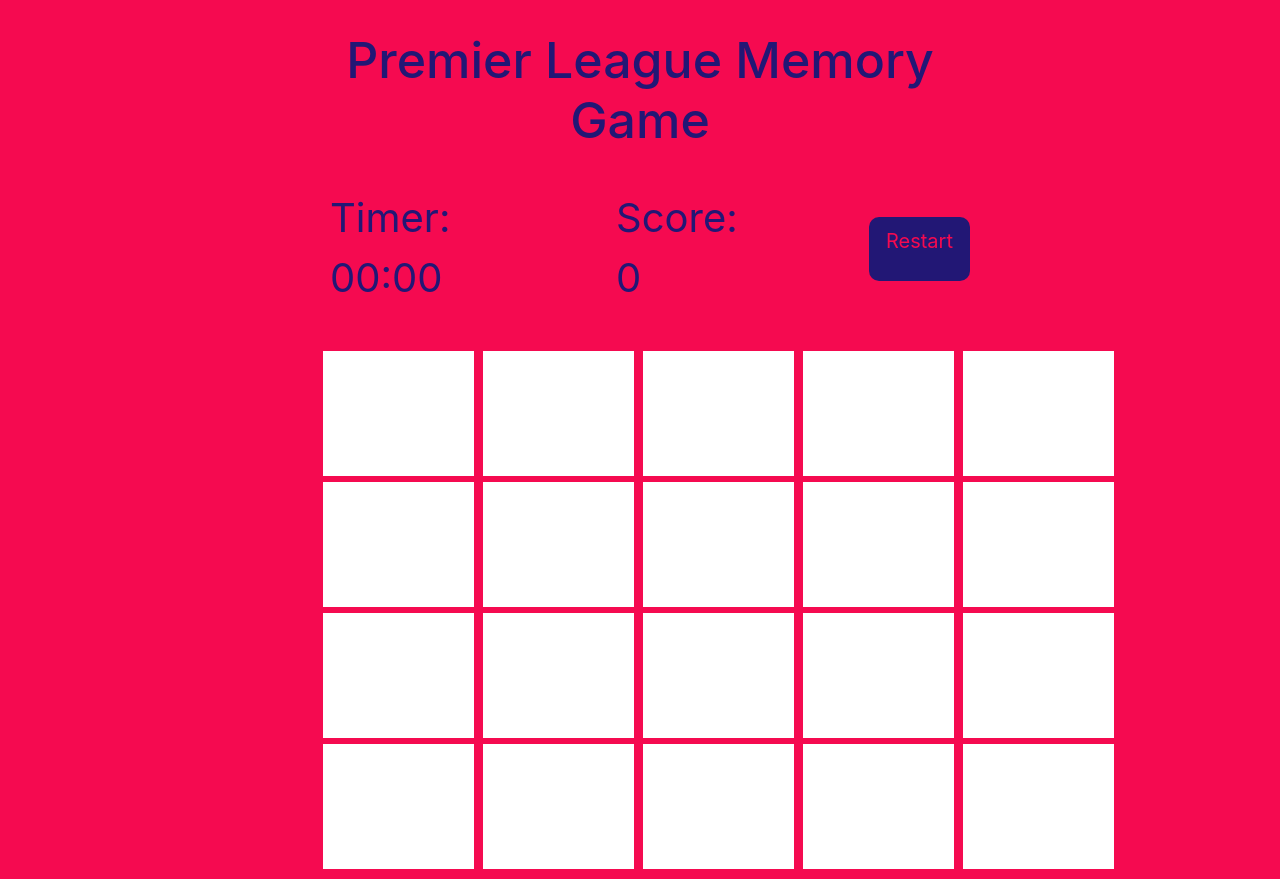
Repository: IchaTreasure/Premier-League-Memory-Game-
Page: index1.html
The author's editor kept a record of every edit. The page is drawn from the files as they stood at one moment, then again after the next edit.
The browser window is 1280 px wide. The pictures show the whole page.
Some web libraries are served in a nearby version.

Above is the page before.

After the next edit:
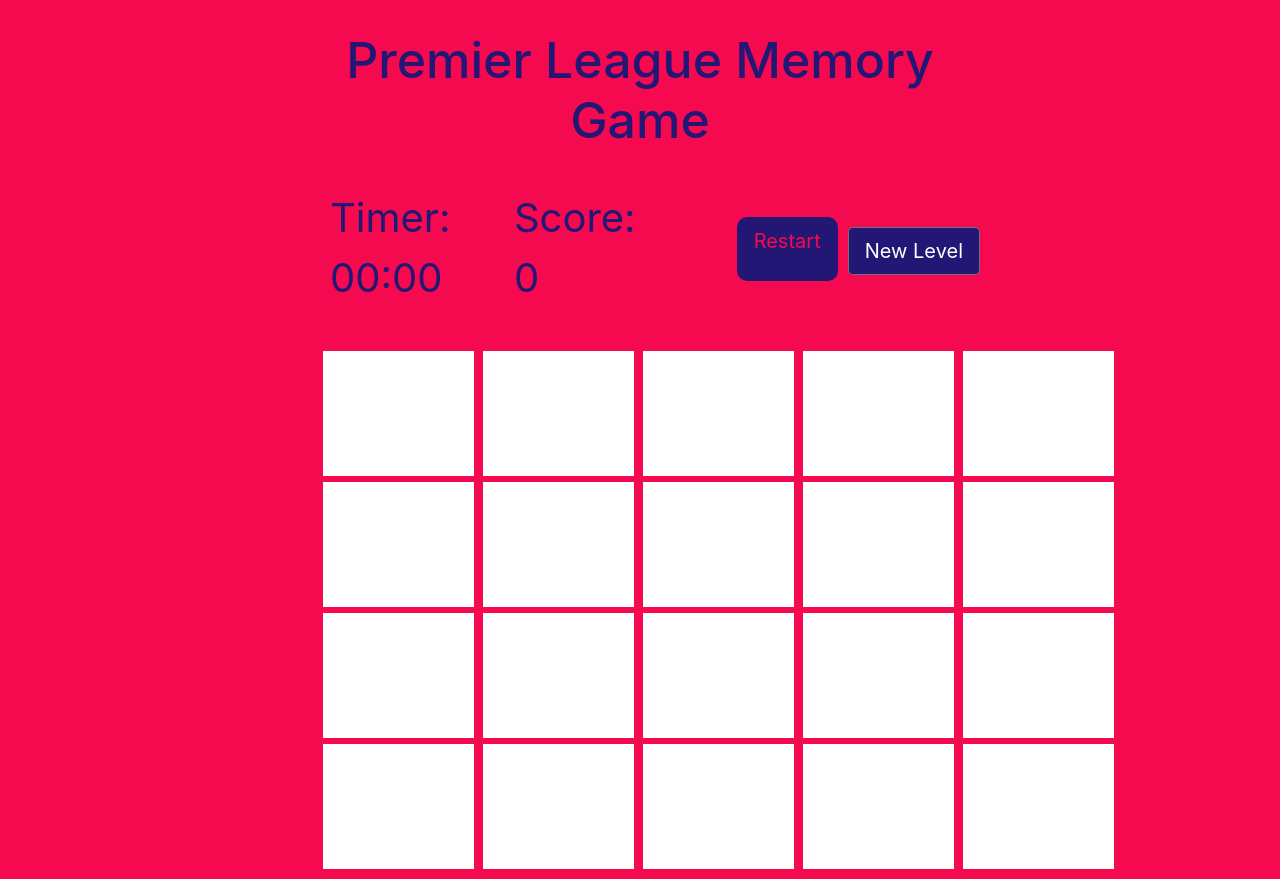
The edit:
--- a/index1.html
+++ b/index1.html
@@ -43,6 +43,31 @@
                     <button id="reset-game" class="btn btn-lg active">
                    <p style="color: #f50a50;">Restart</p>
                     </button>
+                </td>
+
+                <td>
+                    <button type="button" class="btn btn-secondary btn-lg" data-toggle="modal" data-target="#myModal" style="background-color: #221775;">New Level</button>
+
+                    <!-- Modal -->
+                    <div class="modal fade" id="myModal" role="dialog">
+                        <div class="modal-dialog">
+
+                            <!-- Modal content-->
+                            <div class="modal-content">
+                                <div class="modal-header">
+                                    <h4 class="modal-title">Please select your difficulty</h4>
+                                    <button type="button" class="close" data-dismiss="modal">&times;</button>
+                                </div>
+                                <div class="modal-body">
+                                    <a href="index2.html" class="btn btn-secondary btn-lg active" role="button" aria-pressed="true" style="background-color: #221775;">3 X 4</a>
+                                    <a href="index1.html" class="btn btn-secondary btn-lg active" role="button" aria-pressed="true" style="background-color: #221775;">4 X 5</a>
+                                </div>
+                                <div class="modal-footer">
+                                    <button type="button" class="btn btn-default" data-dismiss="modal">Close</button>
+                                </div>
+                            </div>
+                        </div>
+                    </div>
                 </td>
             </tr>
 
